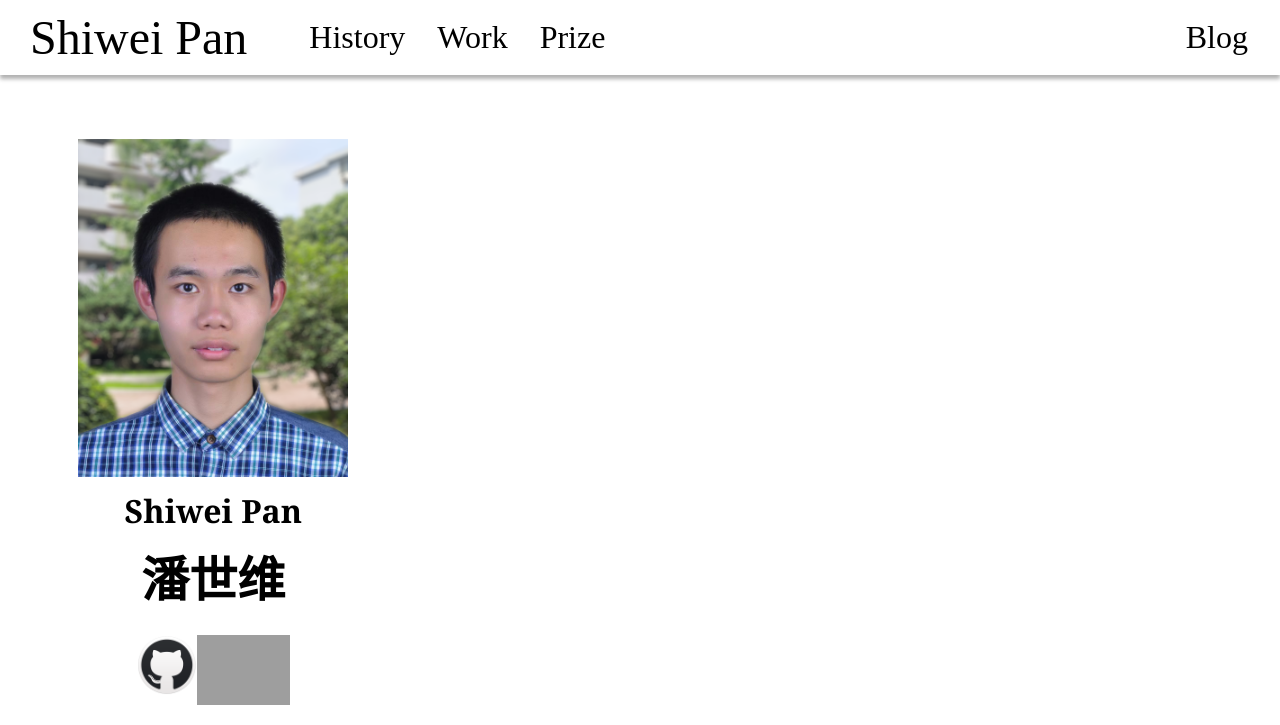
Repository: erikpsw/web
Page: new/psw.html
The author's editor kept a copy of each file at every save. The page is drawn from the files as they stood at one save, then again after the next save.
The browser window is 1280 px wide. The pictures show the whole page.
Pictures or frames that could not be fetched are drawn as grey boxes.

Above is the page before, as saved 2022-06-16 22:52:49.

### new/psw.html
<!DOCTYPE html>
<html>
<head>
<meta charset="utf-8">
<title>Shiwei Pan</title>
<link rel="stylesheet" type="text/css" href="styles.css">
</head>
<body class="body">
<nav id="start_box">
    <a class="nav" id="title" href="">Shiwei Pan</a>
    <a class="nav" href="" >History</a>
    <a class="nav" href="">Work</a>
    <a class="nav" href="">Prize</a>
    <a class="nav" id="myblog" target="_blank" href="https://erikpsw.github.io/">Blog</a>
</nav>
<section>
    <div id="profile">
        <img src="\pic\mine.png" id="mine">
        <h2 id="intro">Shiwei Pan</h2>
        <h2 id="name">潘世维</h2>
    <ul class="network_icon">
        <li>
            <img src="\pic\github.png" id="github">
        </li>
        <li>
        <img src="\pic\wechat.jpg" id="wechat">
        </li>
    <ul>

    </div>
</section>
</body>
</html>

### new/styles.css
#start_box
{
    background-color: whit;
    display:flex;
    box-shadow: 0 0.25rem 0.25rem 0 rgb(0 0 0 / 31%);
}

#title{
    text-decoration: none;
    font-family:"Times New Roman",Georgia,Serif;
    font-style:inherit;
    padding:10px 30px 10px;
    color:black;
    font-size: 3em;
}

.nav{
    text-decoration: none;
    font-family:"Times New Roman",Georgia,Serif;
    padding-left:1em;
    color:black;
    display: inline-flex;
    align-items: center;
    font-size: 2em;
}

.body{
    margin: 0%;
}

#myblog{
    margin-left: auto;
    padding-right: 1em;
}

#mine{
    width: 270px;
    height: 337.5px;
    margin-top: 4em;
}

#profile{
    text-align: center;
    max-width: 33.333%;
}

#intro{
    font-family: Georgia,Serif;
    font-size: 2em;
    margin: 2%;
}

#name{
    font-family: STZhongsong;
    font-size: 3em;
    margin: 2%;
}

.network_icon{
    list-style: none;
    display: inline-flex;
    flex-direction: row;
}

#github{
    height: 60px;
}
#wechat{
    height: 70px;
}

After the next save:
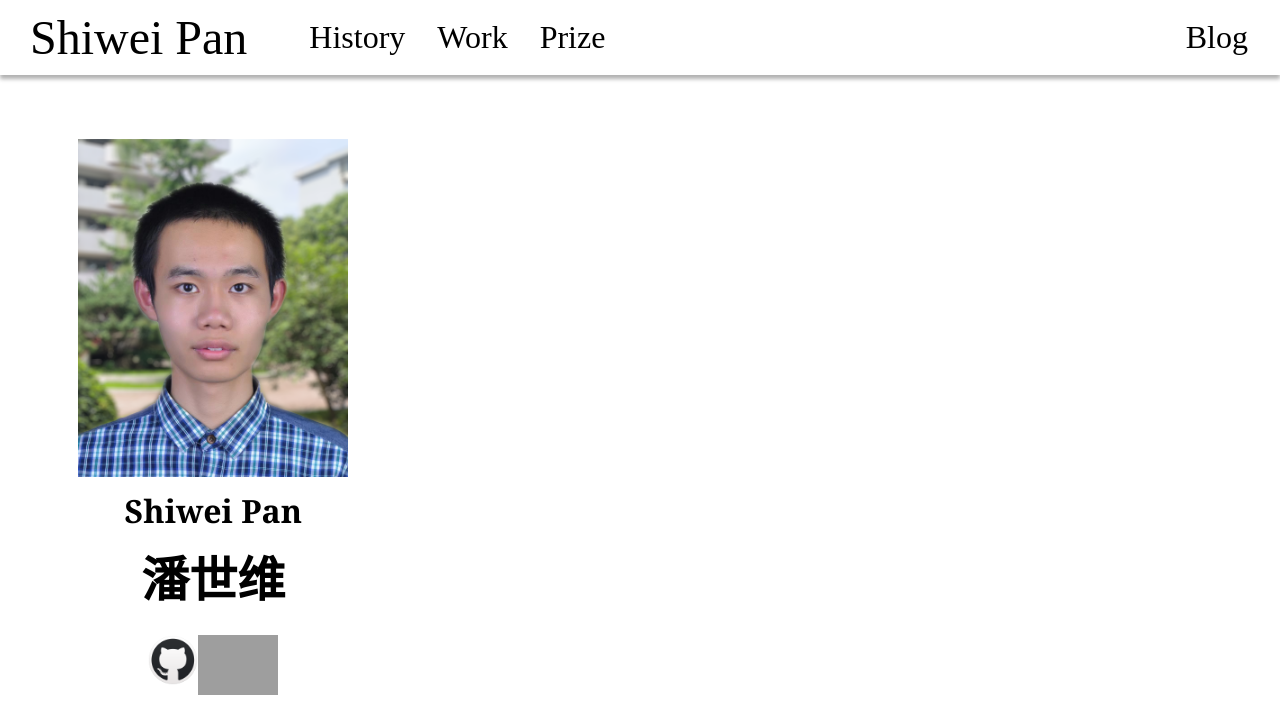
Saved 53 s later.
--- a/new/styles.css
+++ b/new/styles.css
@@ -63,8 +63,8 @@
 }
 
 #github{
+    height: 50px;
+}
+#wechat{
     height: 60px;
 }
-#wechat{
-    height: 70px;
-}
